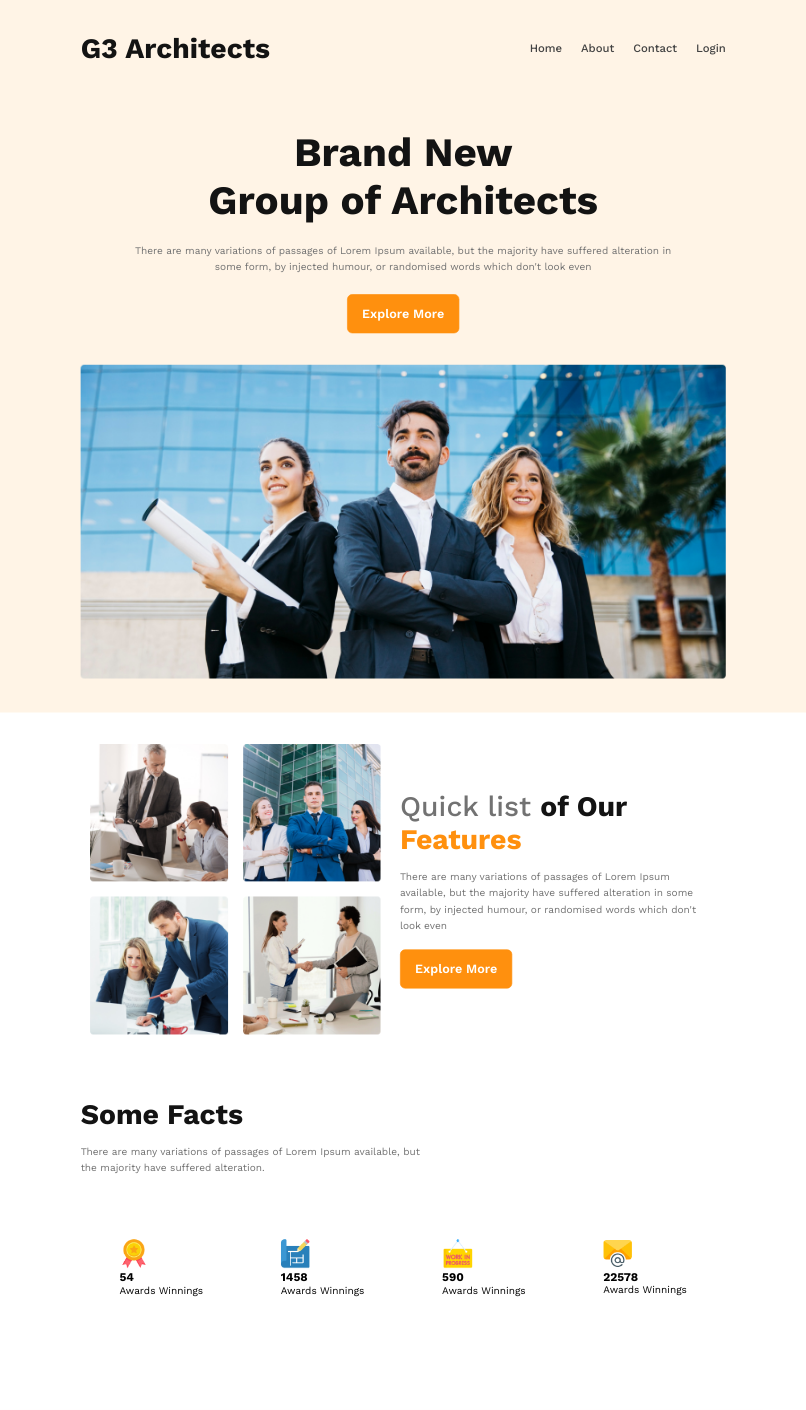
Repository: ShouravAhammed/G3-architects-webpage
Page: index.html
These files come from the project's save history. The page is drawn as it stood at one moment and after the next save; the edit follows.
The browser window is 1280 px wide. The pictures show the whole page, at 63% of full size.

Above is the page before, as saved 2024-01-13 01:53:12.

After the next save:
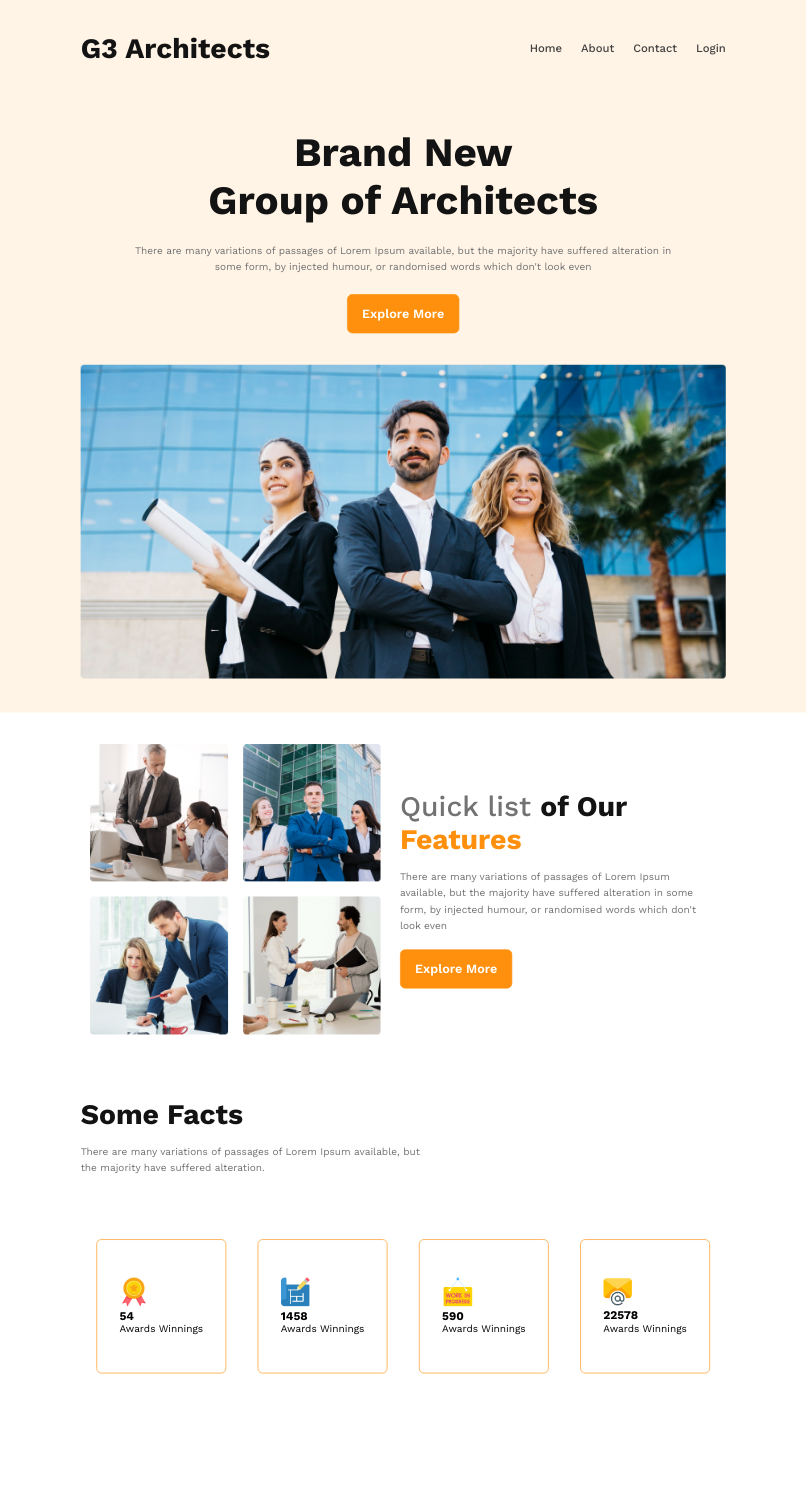
Saved 2 min 20 s later.
--- a/styles/style.css
+++ b/styles/style.css
@@ -149,6 +149,11 @@
     justify-content: space-around;
     margin-top: 100px;
 }
+.some-facts-card-content .some-facts-card{
+    padding: 60px 36px;
+    border-radius: 8px;
+    border: 1px solid #FF900E;
+}
 
 
 
